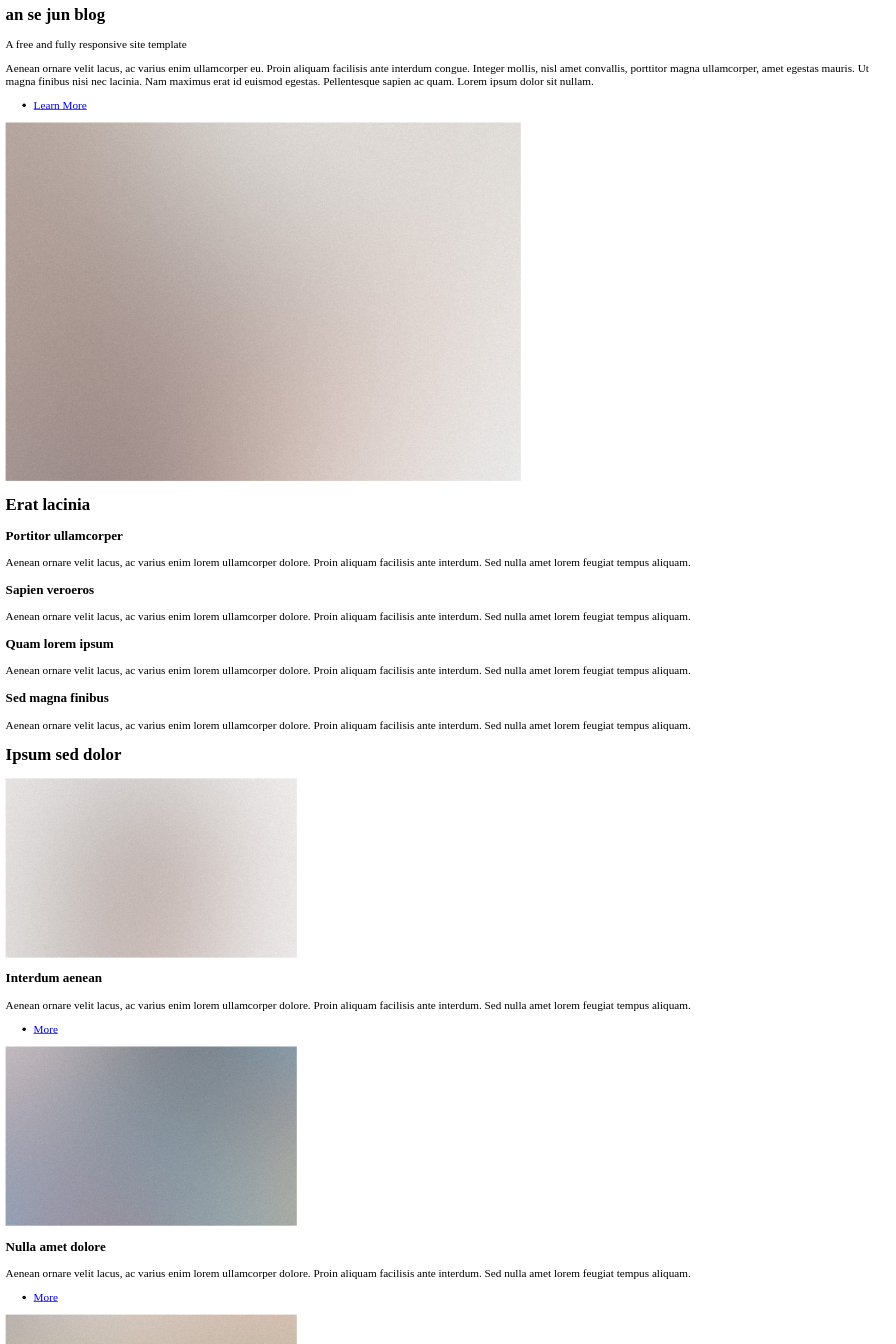
Repository: noCountJun/blog
Page: http://localhost/blogProject2/WEB-INF/views/main/home.jsp
These files come from the project's save history. The page is drawn as it stood at one moment and after the next save; the edit follows.
The browser window is 1280 px wide. The pictures show the part of the page from y = 0 to 1920 px (the page is 3412 px tall), at 70% of full size.
The page is served by Tomcat 9. Nobody is signed in. Other server files are loaded and not shown. The template is opened directly, without the code that normally fills it, so the values that code supplies are empty.

Above is the page before, as saved 2019-09-03 07:27:44.

### blogProject2/src/main/webapp/WEB-INF/views/main/home.jsp
<%@ page contentType="text/html; charset=utf-8" pageEncoding="utf-8"%>
<%@ taglib uri="http://java.sun.com/jsp/jstl/core" prefix="c" %>
<%@ page session="false" %>


				<!-- Banner -->
					<section id="banner">
						<div class="content">
							<header>
								<h1>an se jun blog<br /> </h1>
								<p>A free and fully responsive site template</p>
							</header>
							<p>Aenean ornare velit lacus, ac varius enim ullamcorper eu. Proin aliquam facilisis ante interdum congue. Integer mollis, nisl amet convallis, porttitor magna ullamcorper, amet egestas mauris. Ut magna finibus nisi nec lacinia. Nam maximus erat id euismod egestas. Pellentesque sapien ac quam. Lorem ipsum dolor sit nullam.</p>
							<ul class="actions">
								<li><a href="#" class="button big">Learn More</a></li>
							</ul>
						</div>
						<span class="image object">
							<img src="images/pic10.jpg" alt="" />
						</span>
					</section>

				<!-- Section -->
					<section>
						<header class="major">
							<h2>Erat lacinia</h2>
						</header>
						<div class="features">
							<article>
								<span class="icon fa-gem"></span>
								<div class="content">
									<h3>Portitor ullamcorper</h3>
									<p>Aenean ornare velit lacus, ac varius enim lorem ullamcorper dolore. Proin aliquam facilisis ante interdum. Sed nulla amet lorem feugiat tempus aliquam.</p>
								</div>
							</article>
							<article>
								<span class="icon solid fa-paper-plane"></span>
								<div class="content">
									<h3>Sapien veroeros</h3>
									<p>Aenean ornare velit lacus, ac varius enim lorem ullamcorper dolore. Proin aliquam facilisis ante interdum. Sed nulla amet lorem feugiat tempus aliquam.</p>
								</div>
							</article>
							<article>
								<span class="icon solid fa-rocket"></span>
								<div class="content">
									<h3>Quam lorem ipsum</h3>
									<p>Aenean ornare velit lacus, ac varius enim lorem ullamcorper dolore. Proin aliquam facilisis ante interdum. Sed nulla amet lorem feugiat tempus aliquam.</p>
								</div>
							</article>
							<article>
								<span class="icon solid fa-signal"></span>
								<div class="content">
									<h3>Sed magna finibus</h3>
									<p>Aenean ornare velit lacus, ac varius enim lorem ullamcorper dolore. Proin aliquam facilisis ante interdum. Sed nulla amet lorem feugiat tempus aliquam.</p>
								</div>
							</article>
						</div>
					</section>

				<!-- Section -->
					<section>
						<header class="major">
							<h2>Ipsum sed dolor</h2>
						</header>
						<div class="posts">
							<article>
								<a href="#" class="image"><img src="images/pic01.jpg" alt="" /></a>
								<h3>Interdum aenean</h3>
								<p>Aenean ornare velit lacus, ac varius enim lorem ullamcorper dolore. Proin aliquam facilisis ante interdum. Sed nulla amet lorem feugiat tempus aliquam.</p>
								<ul class="actions">
									<li><a href="#" class="button">More</a></li>
								</ul>
							</article>
							<article>
								<a href="#" class="image"><img src="images/pic02.jpg" alt="" /></a>
								<h3>Nulla amet dolore</h3>
								<p>Aenean ornare velit lacus, ac varius enim lorem ullamcorper dolore. Proin aliquam facilisis ante interdum. Sed nulla amet lorem feugiat tempus aliquam.</p>
								<ul class="actions">
									<li><a href="#" class="button">More</a></li>
								</ul>
							</article>
							<article>
								<a href="#" class="image"><img src="images/pic03.jpg" alt="" /></a>
								<h3>Tempus ullamcorper</h3>
								<p>Aenean ornare velit lacus, ac varius enim lorem ullamcorper dolore. Proin aliquam facilisis ante interdum. Sed nulla amet lorem feugiat tempus aliquam.</p>
								<ul class="actions">
									<li><a href="#" class="button">More</a></li>
								</ul>
							</article>
							<article>
								<a href="#" class="image"><img src="images/pic04.jpg" alt="" /></a>
								<h3>Sed etiam facilis</h3>
								<p>Aenean ornare velit lacus, ac varius enim lorem ullamcorper dolore. Proin aliquam facilisis ante interdum. Sed nulla amet lorem feugiat tempus aliquam.</p>
								<ul class="actions">
									<li><a href="#" class="button">More</a></li>
								</ul>
							</article>
							<article>
								<a href="#" class="image"><img src="images/pic05.jpg" alt="" /></a>
								<h3>Feugiat lorem aenean</h3>
								<p>Aenean ornare velit lacus, ac varius enim lorem ullamcorper dolore. Proin aliquam facilisis ante interdum. Sed nulla amet lorem feugiat tempus aliquam.</p>
								<ul class="actions">
									<li><a href="#" class="button">More</a></li>
								</ul>
							</article>
							<article>
								<a href="#" class="image"><img src="images/pic06.jpg" alt="" /></a>
								<h3>Amet varius aliquam</h3>
								<p>Aenean ornare velit lacus, ac varius enim lorem ullamcorper dolore. Proin aliquam facilisis ante interdum. Sed nulla amet lorem feugiat tempus aliquam.</p>
								<ul class="actions">
									<li><a href="#" class="button">More</a></li>
								</ul>
							</article>
						</div>
					</section>

After the next save:
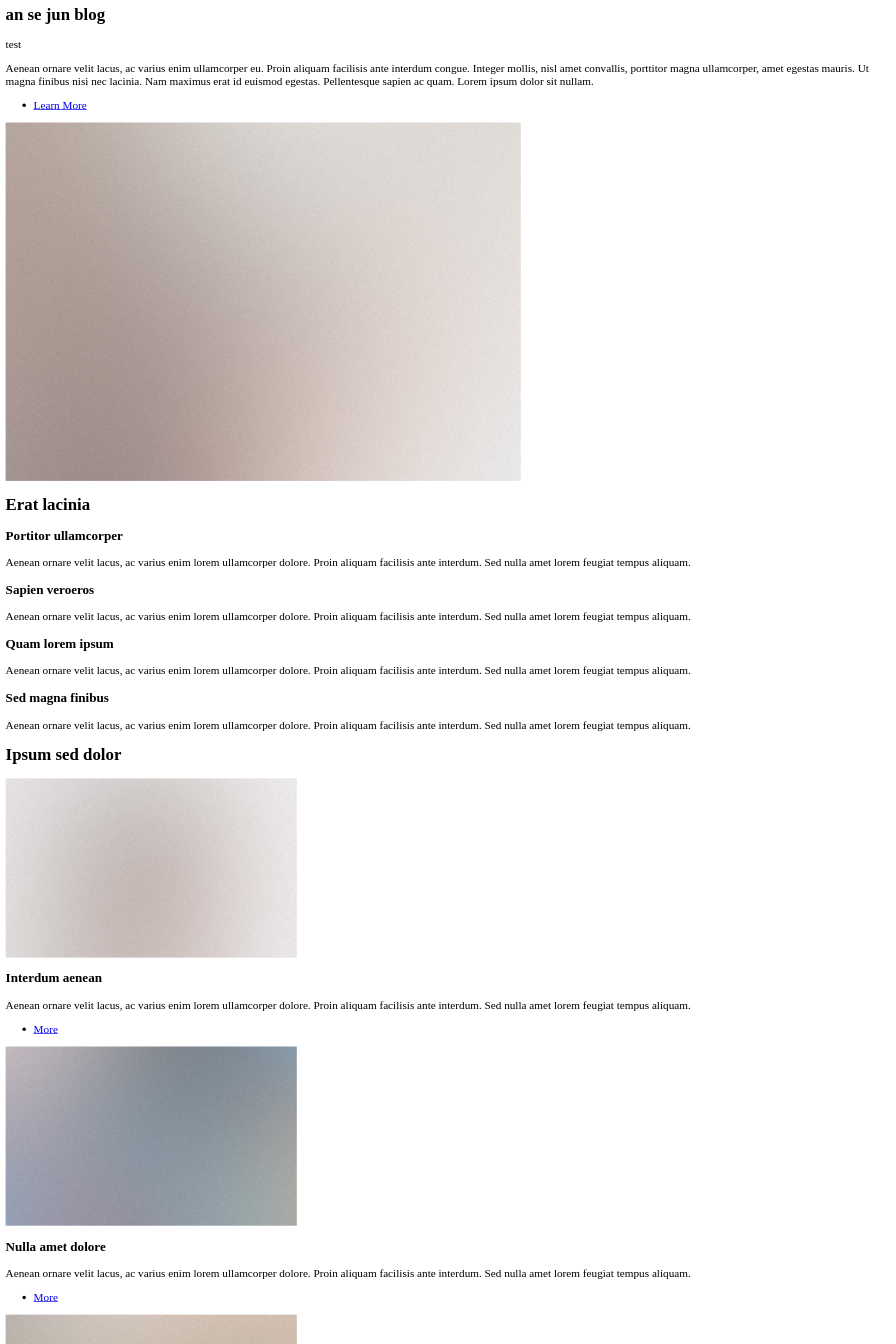
Saved 18 s later.
--- a/blogProject2/src/main/webapp/WEB-INF/views/main/home.jsp
+++ b/blogProject2/src/main/webapp/WEB-INF/views/main/home.jsp
@@ -7,8 +7,8 @@
 					<section id="banner">
 						<div class="content">
 							<header>
-								<h1>an se jun blog<br /> </h1>
-								<p>A free and fully responsive site template</p>
+								<h1>an se jun blog </h1>
+								<p> test</p>
 							</header>
 							<p>Aenean ornare velit lacus, ac varius enim ullamcorper eu. Proin aliquam facilisis ante interdum congue. Integer mollis, nisl amet convallis, porttitor magna ullamcorper, amet egestas mauris. Ut magna finibus nisi nec lacinia. Nam maximus erat id euismod egestas. Pellentesque sapien ac quam. Lorem ipsum dolor sit nullam.</p>
 							<ul class="actions">
